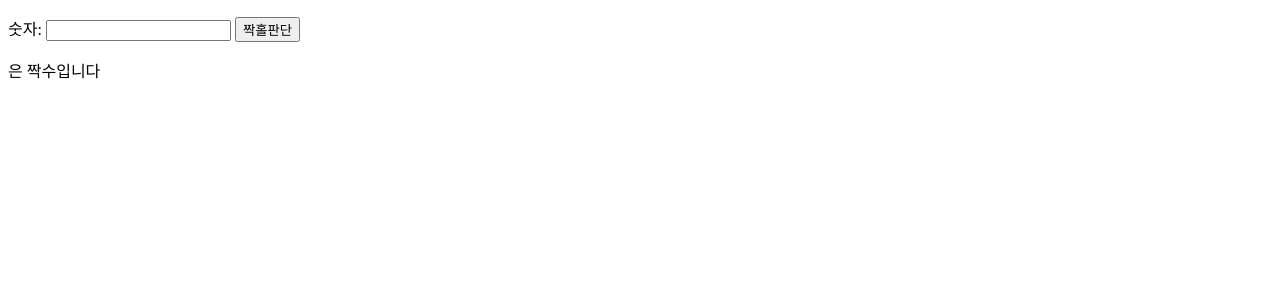
Repository: potatoy1/learning-jsp
Page: http://localhost/JSPBook/ch03/jstl.jsp
An editor plug-in stored every save of this project. The page is shown before and after the next save, followed by the edit.
The browser window is 1280 px wide. The pictures show the whole page.
The page is served by Tomcat 9. Other server files are loaded and not shown.

Above is the page before, as saved 2022-09-27 08:23:36.

### JSPBook/WebContent/ch03/jstl.jsp
<%@ page contentType="text/html; charset=UTF-8"%>
<%@ taglib prefix="c" uri="http://java.sun.com/jsp/jstl/core" %>
<!DOCTYPE html>
<html>
<head>
<title>JSTL연습</title>
</head>
<body>
<%--
JSTL? Jsp Standard Tag Library
	-jsp 페이지에서 스크립트 요소로 인해 생기는 코드의 복잡함을 해결하기 위한 일종의 사용자 정의 태그 표준.
	-jsp 페이지의 로직을 담당하는 부분인 if, for, while, DB처리 등과 관련된 코드를
	JSTL로 대체하여 코드를 깔끔하고 가독성 좋게 할 수 있음.
	1) Core 태그(*******)
		- 변수 선언, 삭제 등 변수와 관련된 작업
		- if문, for 문과 같은 제어 기능
		- URL 처리로 페이지 이동
	2) Formatting 태그
		- 숫자/날짜/시간 등을 형식화하는 기능
	3) sql
		- 안씀
	4) Function 태그
		- 문자열을 처리하는 함수 제공. 문자열 추출. 문자열 길이 구하기
 --%>
 	<!--
 		action 속성 생략 시 현재 URL로 요청
 		method 속성 생략 시 기본은 get 방식
 		http://localhost/ch03/jstl.jsp?num=5
 		- http://localhost/ch03/jstl.jsp : URL
 		- ?num=5 : Query String / Http 파라미터
 		- num이라는 name에 5라는 value가 있다.
 	-->
 	<form>
 		<p>숫자: <input type="text" name="num" />
 		<button type="submit">짝홀판단</button>
 	</form>
 	<%	// 스크립틀릿
 		String num = request.getParameter("num");
 	%>
 	<!-- 아스가르드에 있던 해임달이 지구의 해임달로 온다 -->
 	<!-- JSP의 			   num이 	JSTL의  num으로 온다 -->
 	<c:set var="num" value="<%=num%>" />
	<p>${num}</p>
	<c:set var="num2" value="${param.num}" />
	<p>${num2}</p>
	<!-- c:choose문을 사용하여 짝수와 홀수를 판단해보자
		1) 짝수일 경우 : 2는 짝수입니다
		2) 홀수일 경우 : 5는 홀수입니다.
		3) 그 이외의 경우 : 잘못된 입력이에유
	-->
	<c:choose>
		<c:when test="${num2 % 2 == 0}">${num}은 짝수입니다</c:when>
		<c:when test="${num2 % 2 != 0}">${num}은 홀수입니다</c:when>
		<c:otherwise>잘못된 입력이에유</c:otherwise>
	</c:choose>
<script type="text/javascript">
	let num3 = "${param.num}"
	console.log("num3: " + num3);
</script>
</body>
</html>

After the next save:
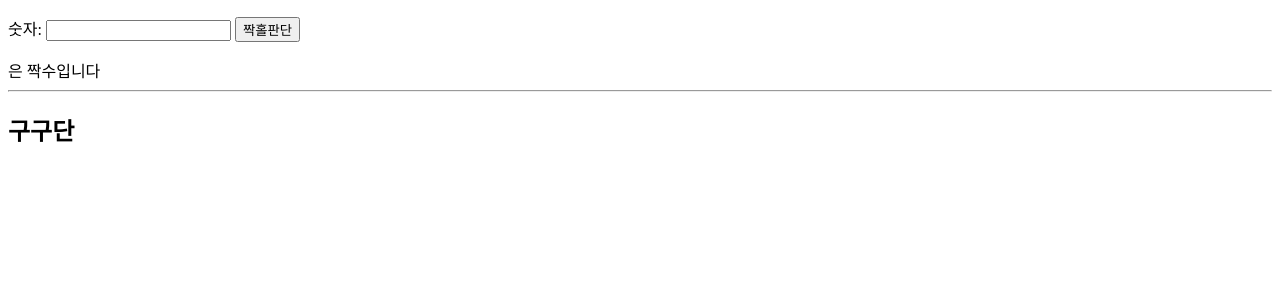
Saved 3 min 27 s later.
--- a/JSPBook/WebContent/ch03/jstl.jsp
+++ b/JSPBook/WebContent/ch03/jstl.jsp
@@ -53,6 +53,11 @@ JSTL? Jsp Standard Tag Library
 		<c:when test="${num2 % 2 != 0}">${num}은 홀수입니다</c:when>
 		<c:otherwise>잘못된 입력이에유</c:otherwise>
 	</c:choose>
+	<hr />
+	<!-- 넘어온 파라미터를 통해 구구단을 출력해보자
+		단, c:forEach문을 사용해보자 -->
+	<h2>구구단</h2>
+
 <script type="text/javascript">
 	let num3 = "${param.num}"
 	console.log("num3: " + num3);
